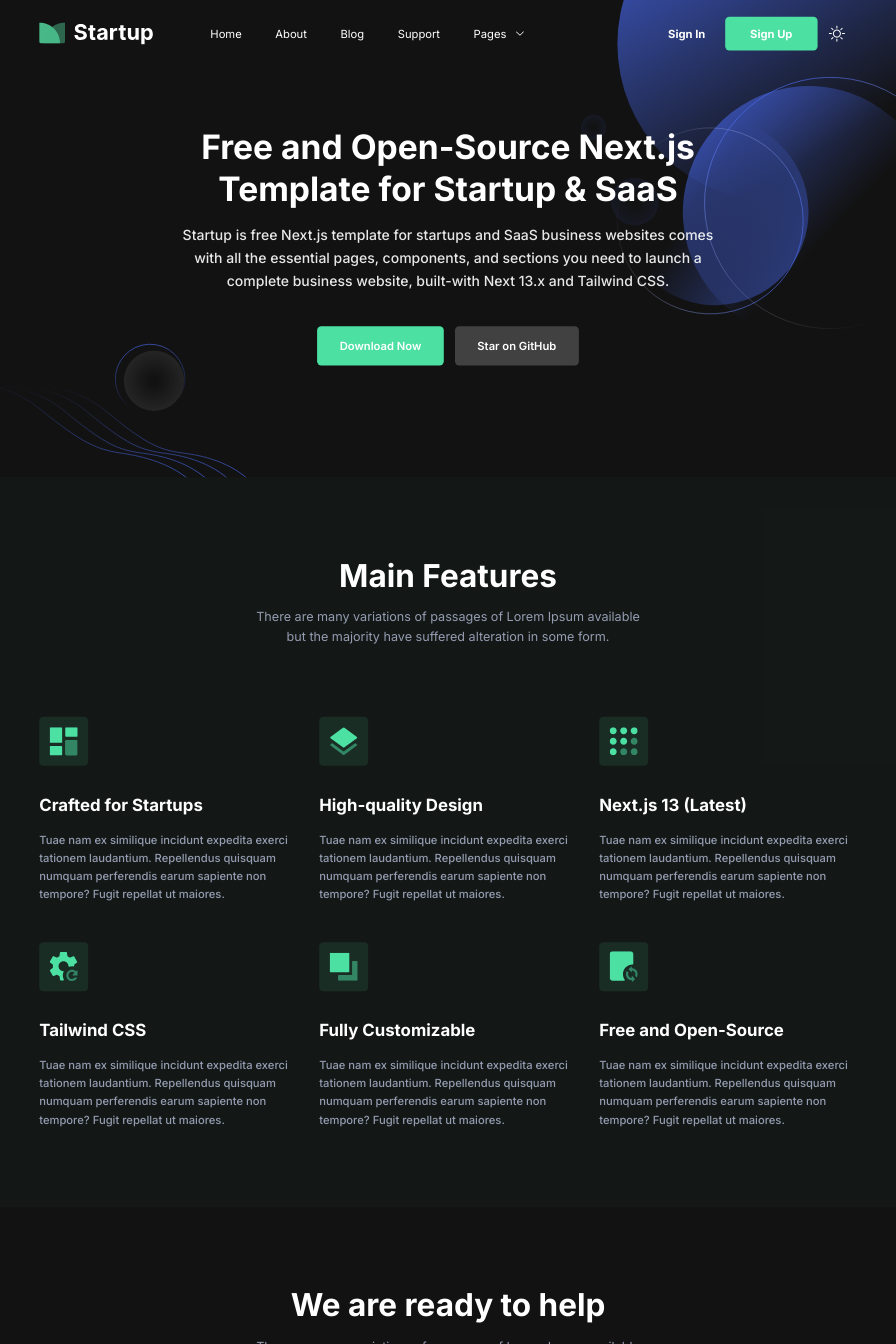
Repository: mosesvk/_startupPoly
Page: /
These files come from the project's save history. The page is drawn as it stood at one moment and after the next save; the edit follows.
The browser window is 1280 px wide. The pictures show the part of the page from y = 0 to 1920 px (the page is 8299 px tall), at 70% of full size.
The project was rebuilt for these pictures with package versions that can differ from the ones it lists, and the page was loaded fresh each time. The framework's server and built-in components were replaced by stand-ins that run in the browser. Also part of the build but not shown: next.config.js.

Above is the page before, as saved 2023-08-23 11:52:52.

After the next save:
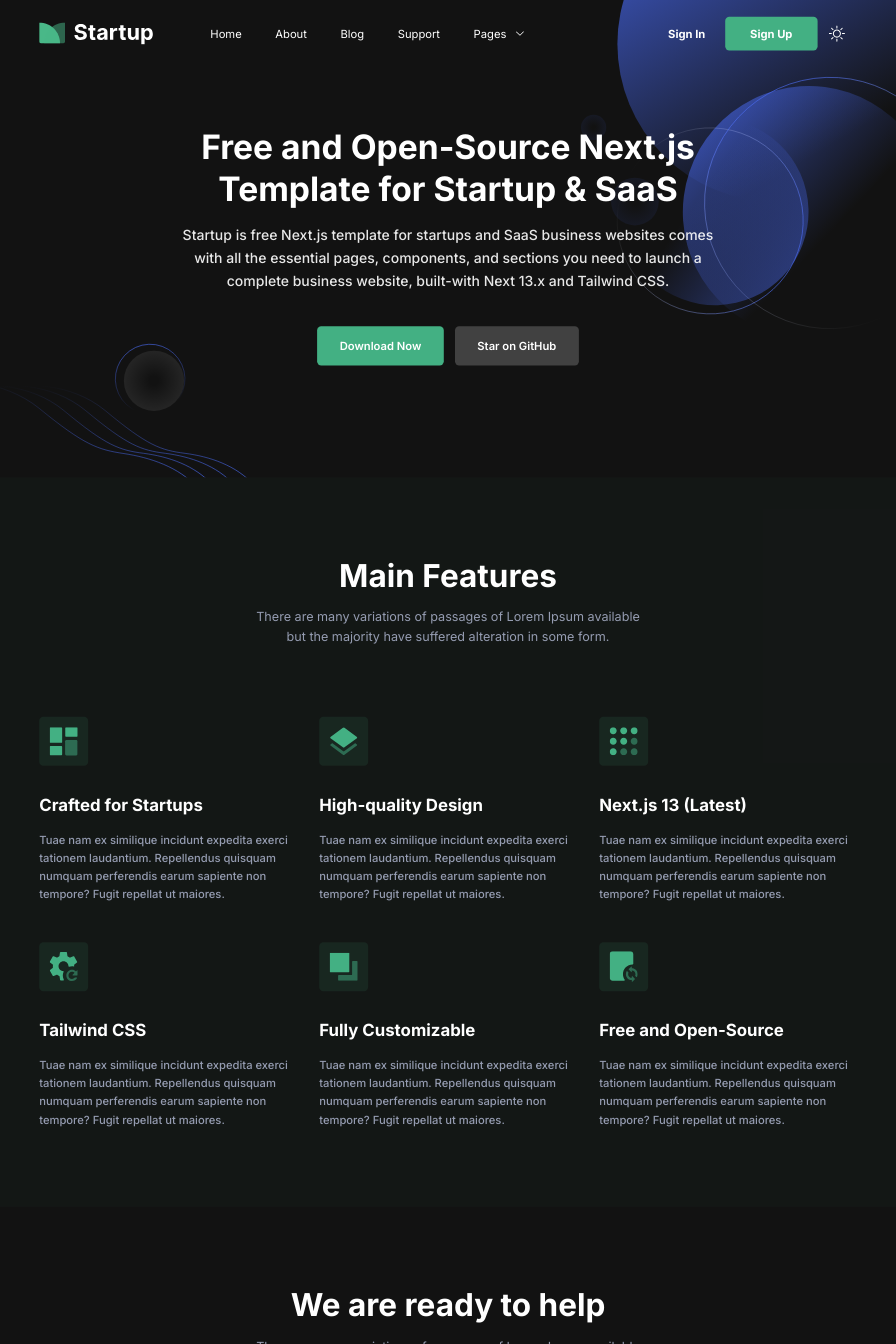
Saved 2 min 8 s later.
--- a/tailwind.config.js
+++ b/tailwind.config.js
@@ -19,7 +19,7 @@
       // dark: "#1D2144",
       dark: "#000000",
       // primary: "#4A6CF7",
-      primary: "#4ce0a3",
+      primary: "#43b083",
       yellow: "#FBB040",
       "body-color": "#959CB1",
     },
